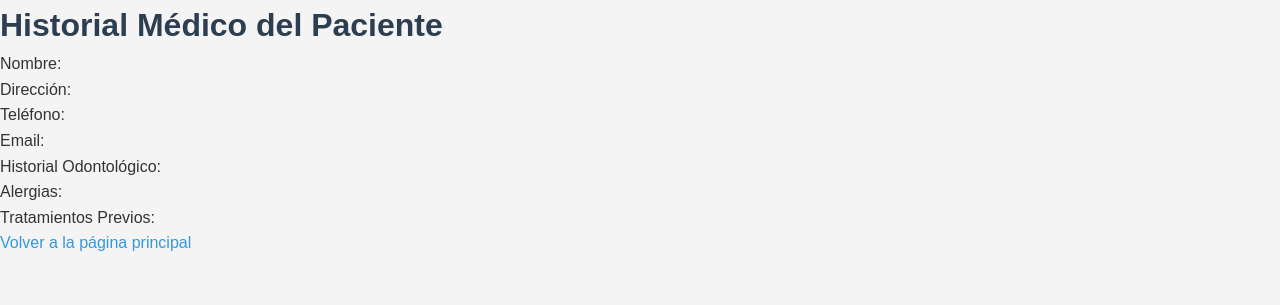
Repository: Aimarvera/LPII_EF_VeraDuran
Page: http://localhost/historialMedico
An editor plug-in stored every save of this project. The page is shown before and after the next save, followed by the edit.
The browser window is 1280 px wide. The pictures show the whole page.
The page is this project's Thymeleaf template; nobody is signed in. The template is opened directly, without the code that normally fills it, so the values that code supplies are empty.

Above is the page before, as saved 2024-10-24 02:02:56.

After the next save:
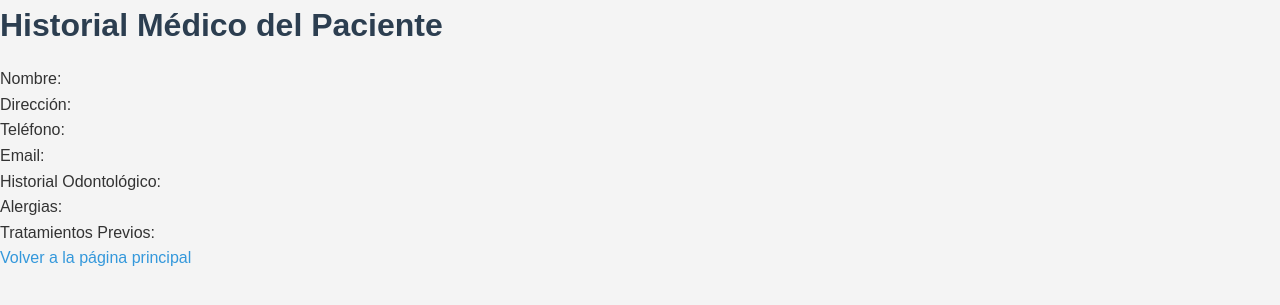
Saved 2 min 10 s later.
--- a/Clinica/src/main/resources/static/Styles.css
+++ b/Clinica/src/main/resources/static/Styles.css
@@ -1,5 +1,3 @@
-/* styles.css */
-
 /* Reset básico para eliminar márgenes y paddings por defecto */
 * {
     margin: 0;
@@ -9,18 +7,19 @@
 
 /* Estilo del cuerpo */
 body {
-    font-family: 'Arial', sans-serif; /* Puedes cambiar la fuente */
+    font-family: 'Arial', sans-serif; /* Fuente general */
     background-color: #f4f4f4; /* Color de fondo suave */
     color: #333; /* Color del texto */
     line-height: 1.6; /* Espaciado de líneas */
 }
 
-/* Encabezado principal */
+/* Encabezados */
 h1, h2, h3 {
     color: #2c3e50; /* Color azul oscuro */
+    margin-bottom: 15px; /* Espacio inferior */
 }
 
-/* Estilo para los enlaces */
+/* Enlaces */
 a {
     text-decoration: none;
     color: #3498db; /* Color azul para enlaces */
@@ -32,12 +31,12 @@ a:hover {
 
 /* Contenedor principal */
 .container {
-    width: 80%;
-    margin: auto;
-    overflow: hidden;
+    width: 80%; /* Ancho del contenedor */
+    margin: auto; /* Centrado horizontal */
+    overflow: hidden; /* Contener flotantes */
 }
 
-/* Estilos para listas */
+/* Estilo para listas */
 ul {
     list-style-type: none; /* Sin viñetas */
     padding: 0;
@@ -52,12 +51,13 @@ ul li {
     display: inline-block;
     background-color: #3498db; /* Color de fondo azul */
     color: white; /* Color del texto blanco */
-    padding: 10px 15px;
+    padding: 10px 15px; /* Espaciado interno */
     border: none;
     border-radius: 5px; /* Bordes redondeados */
-    cursor: pointer;
+    cursor: pointer; /* Cursor de mano */
     font-size: 16px; /* Tamaño de fuente */
     transition: background-color 0.3s; /* Transición suave */
+    margin-top: 10px; /* Espaciado superior */
 }
 
 .button:hover {
@@ -70,6 +70,7 @@ form {
     padding: 20px; /* Espaciado interno */
     border-radius: 5px; /* Bordes redondeados */
     box-shadow: 0 2px 10px rgba(0, 0, 0, 0.1); /* Sombra suave */
+    margin-bottom: 20px; /* Espaciado inferior */
 }
 
 input[type="text"],
@@ -81,6 +82,7 @@ textarea {
     margin: 10px 0; /* Espaciado entre campos */
     border: 1px solid #ccc; /* Borde gris claro */
     border-radius: 4px; /* Bordes redondeados */
+    font-size: 14px; /* Tamaño de fuente */
 }
 
 input[type="text"]:focus,
@@ -113,4 +115,25 @@ table th {
 /* Estilo para mensajes de error */
 .error {
     color: red; /* Color rojo para mensajes de error */
+    margin-top: 10px; /* Espacio superior */
 }
+
+/* Estilos para tarjetas */
+.card {
+    background: white; /* Fondo blanco */
+    border-radius: 5px; /* Bordes redondeados */
+    box-shadow: 0 2px 10px rgba(0, 0, 0, 0.1); /* Sombra suave */
+    padding: 20px; /* Espaciado interno */
+    margin: 10px 0; /* Espaciado entre tarjetas */
+}
+
+/* Estilo para el pie de página */
+footer {
+    text-align: center; /* Centrar texto */
+    padding: 20px; /* Espaciado interno */
+    background-color: #2c3e50; /* Fondo oscuro */
+    color: white; /* Texto blanco */
+    position: relative; /* Posición relativa */
+    bottom: 0; /* Posiciona en la parte inferior */
+    width: 100%; /* Ancho completo */
+}
